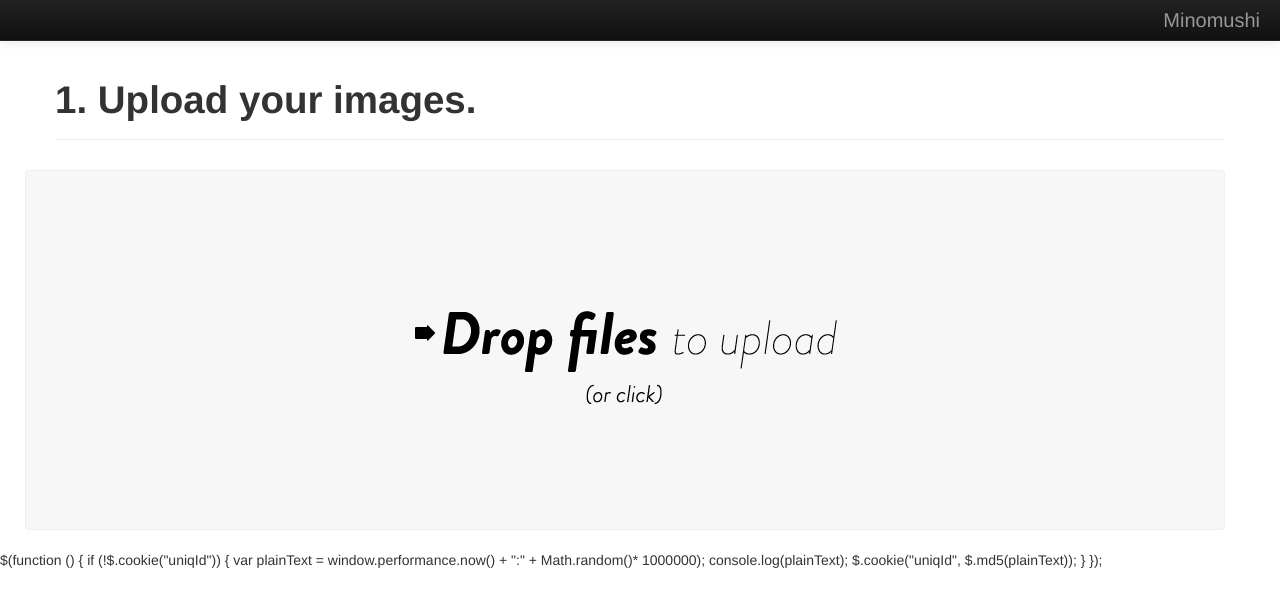
Repository: techiela/minomushi
Page: client/index.html
The author's editor kept a record of every edit. The page is drawn from the files as they stood at one moment, then again after the next edit.
The browser window is 1280 px wide. The pictures show the whole page.

Above is the page before.

After the next edit:
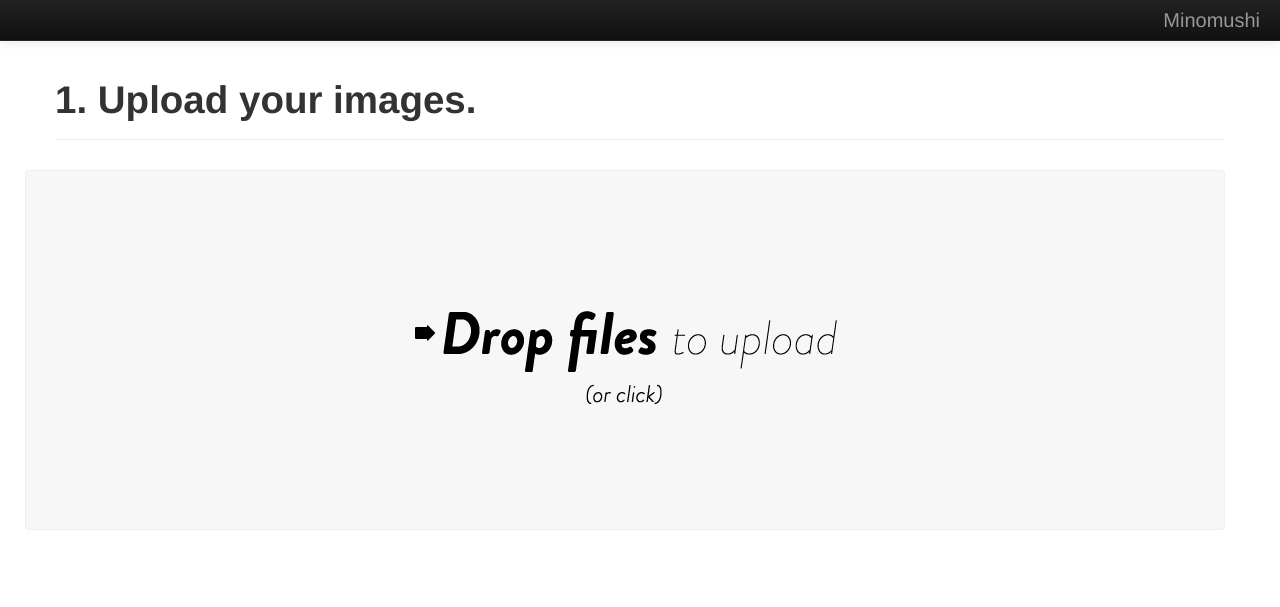
The edit:
--- a/client/index.html
+++ b/client/index.html
@@ -98,6 +98,7 @@
   <script src="/js/angular.min.js"></script>
   <script src="/js/dropzone.js"></script>
   <scropt>
+  <!-
     $(function () {
       if (!$.cookie("uniqId")) {
         var plainText = window.performance.now() + ":" + Math.random()* 1000000);
